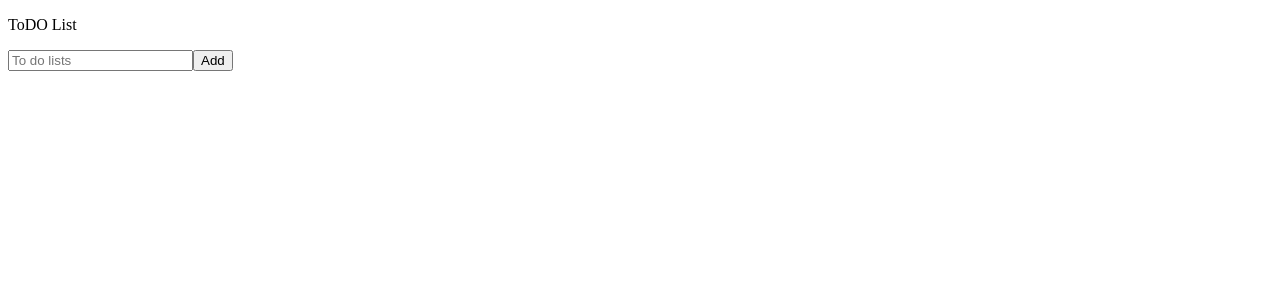
Repository: pgyunknown/ToDo-List
Page: index.html
An editor plug-in stored every save of this project. The page is shown before and after a run of saves, followed by the edit.
The browser window is 1280 px wide. The pictures show the whole page.

Above is the page before, as saved 2024-08-29 18:38:19.

After the next 2 saves:
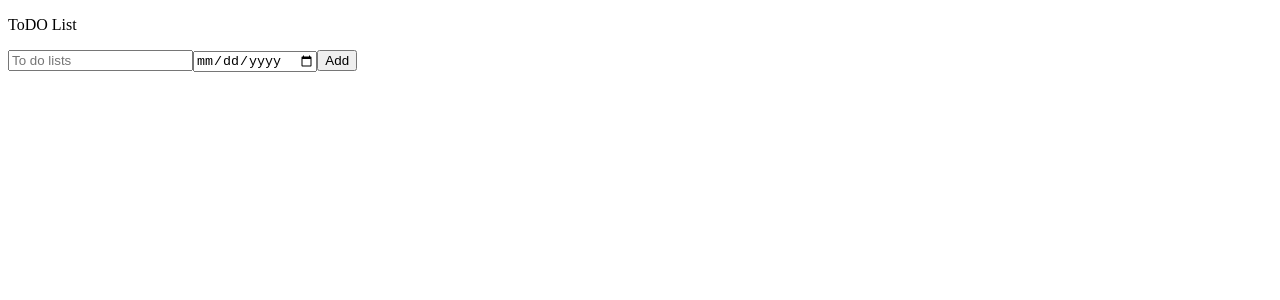
The 2 saves are shown as one change because they came seconds apart.
The last was saved 20 min 13 s later.
--- a/index.html
+++ b/index.html
@@ -7,7 +7,7 @@
 </head>
 <body>
   <p>ToDO List</p>
-  <input placeholder="To do lists" class="js-name-input"><button onclick="addWork();">Add</button><br>
+  <input placeholder="To do lists" class="js-name-input"><input type="date" name="" id=""><button onclick="addWork();">Add</button><br>
 
   <div class="js-todo-list">text</div>
 
